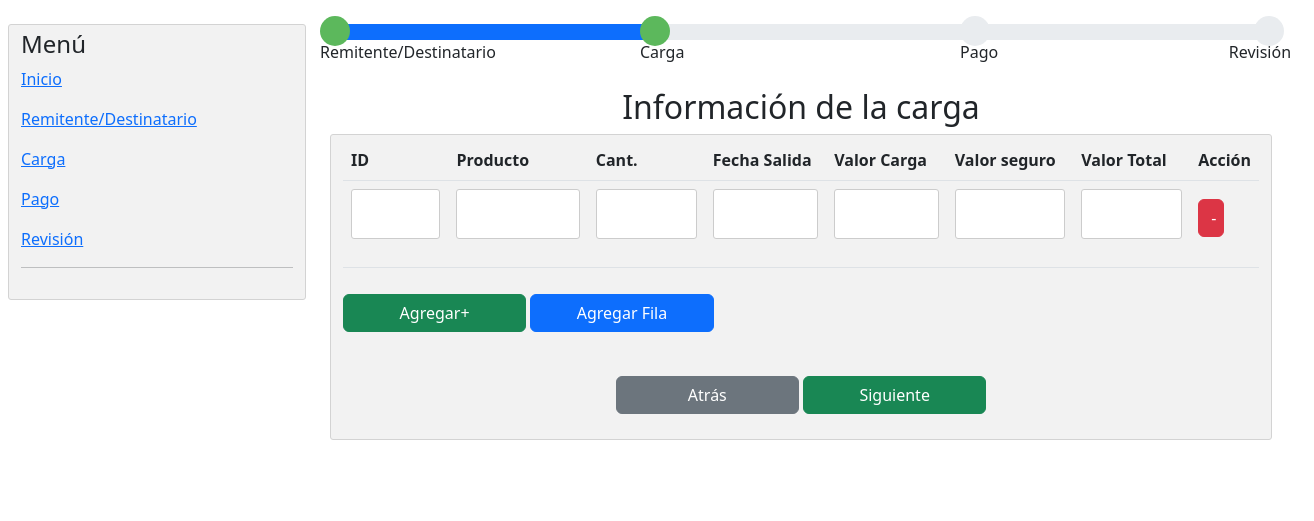
Repository: SennovaFluvial/Trasnfluvial
Page: appFluvial/templates/card1carga.html
The author's editor kept a copy of each file at every save. The page is drawn from the files as they stood at one save, then again after the next save.
The browser window is 1280 px wide. The page is 1291 px wide, then 1314 px, so the pictures cover 1314 px, including what lies to the right of the window. The pictures show the whole page.
The template is drawn by Django 3.2. The application's start-up code is not run. The template is opened directly, without the code that normally fills it, so the values that code supplies are empty.

Above is the page before, as saved 2023-10-19 23:48:08.

After the next save:
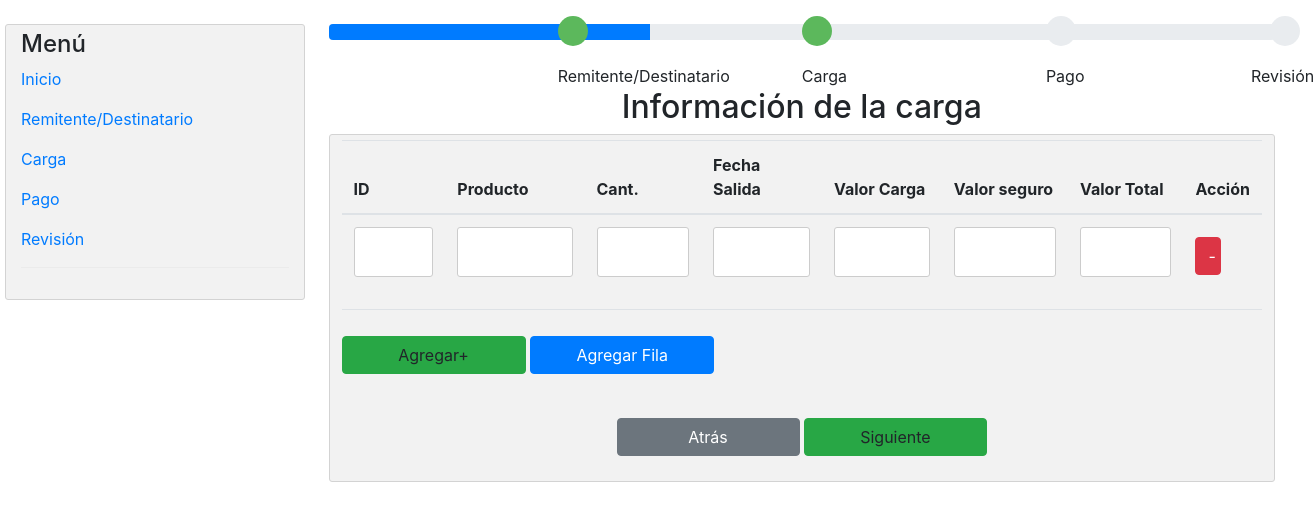
Saved 3 min 6 s later.
--- a/appFluvial/templates/card1carga.html
+++ b/appFluvial/templates/card1carga.html
@@ -201,7 +201,7 @@ span.price {
 
 <link rel="stylesheet" href="https://cdn.jsdelivr.net/npm/bootstrap@5.2.3/dist/css/bootstrap.min.css" integrity="sha384-rbsA2VBKQhggwzxH7pPCaAqO46MgnOM80zW1RWuH61DGLwZJEdK2Kadq2F9CUG65" crossorigin="anonymous">
 <script src="https://cdn.jsdelivr.net/npm/bootstrap@5.2.3/dist/js/bootstrap.min.js" integrity="sha384-cuYeSxntonz0PPNlHhBs68uyIAVpIIOZZ5JqeqvYYIcEL727kskC66kF92t6Xl2V" crossorigin="anonymous"></script>
-
+<link rel="stylesheet" href="https://maxcdn.bootstrapcdn.com/bootstrap/4.0.0/css/bootstrap.min.css">
 </head>
 <body>
 
@@ -247,6 +247,23 @@ span.price {
     <!-- -*****************************************END**********************************************-->
     <div class="text-center">
     <h2>Información de la carga</h2>
+    </div>
+    <div class="modal" tabindex="-1">
+      <div class="modal-dialog">
+        <div class="modal-content">
+          <div class="modal-header">
+            <h5 class="modal-title">Modal title</h5>
+            <button type="button" class="btn-close" data-bs-dismiss="modal" aria-label="Close"></button>
+          </div>
+          <div class="modal-body">
+            <p>Modal body text goes here.</p>
+          </div>
+          <div class="modal-footer">
+            <button type="button" class="btn btn-secondary" data-bs-dismiss="modal">Close</button>
+            <button type="button" class="btn btn-primary">Save changes</button>
+          </div>
+        </div>
+      </div>
     </div>
     <div class="container">
       <form method="post">
@@ -288,7 +305,7 @@ span.price {
                   <div class="modal-content">
 
                       <div class="modal-header">
-                          <h4 class="modal-title">Agregar Datos</h4>
+                          <h4 class="modal-title">Agregar carga</h4>
                           <button type="button" class="close" data-dismiss="modal">&times;</button>
                       </div>
 
